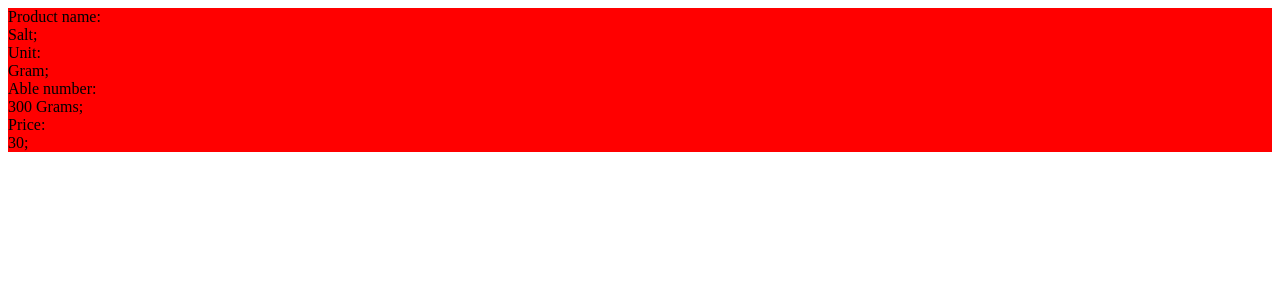
Repository: OlexandraKovach2/Vue
Page: / (app in vuexam/brila-exam/)
These files come from the project's save history. The page is drawn as it stood at one moment and after the next save; the edit follows.
The browser window is 1280 px wide. The pictures show the whole page.
The project was rebuilt for these pictures with package versions that can differ from the ones it lists, and the page was loaded fresh each time. Also part of the build but not shown: vuexam/brila-exam/vue.config.js.

Above is the page before, as saved 2022-11-08 21:42:17.

### vuexam/brila-exam/src/main.js
import { createApp } from 'vue'
import App from './App.vue'
import store from '@/store'

createApp(App).use(store).mount('#app')

### vuexam/brila-exam/src/App.vue
<template>
  <div>
    <ObjectTable :listData="list"/>
  </div>
</template>

<script>
  import { mapGetters } from 'vuex';
  import ObjectTable from "./components/ObjectTable";
  export default {
    name: "App",
    components: {
      ObjectTable,
    },
    computed: {
      ...mapGetters(['list']),
    },
  }
</script>

<style lang="scss" scoped>

</style>

### vuexam/brila-exam/src/store/index.js
import {createStore} from 'vuex'

const store = createStore({
    state: {
        list: [
            {
                id: 1,
                name: "Salt",
                unit: "Gram",
                count: "300",
                cost: 30
            }
        ]
    },
    getters: {
        list: state => {
            return state.list;
        }
    },
});

export default store;

### vuexam/brila-exam/src/components/ObjectTable/index.vue
<template>
    <div>
        <ObjectBase v-for="item in listData"
        :key="item.id"
        :id="item.id"
        :name="item.name"
        :unit="item.unit"
        :count="item.count"
        :cost="item.cost"
        />
    </div>
</template>

<script>
    import ObjectBase from "./ObjectBase.vue"
    export default {
        name: "ObjectTable",
        components: {
            ObjectBase,
        },
        props: {
            listData: {
                type: Array,
                default: () => []
            },
        },
    }
</script>

<style lang="scss" scoped>

</style>

### vuexam/brila-exam/src/components/ObjectTable/ObjectBase.vue
<template>
    <div class="ObjectCard">
        <div class="info-row">
            <div>Product name:</div>
            <div>{{name}};</div>
        </div>
        <div class="info-row">
            <div>Unit:</div>
            <div>{{unit}};</div>
        </div>
        <div class="info-row">
            <div>Able number:</div>
            <div>{{count}} {{unit}}s;</div>
        </div>
        <div class="info-row">
            <div>Price:</div>
            <div>{{cost}};</div>
        </div>
    </div>
</template>

<script>
    import { mapGetters } from 'vuex'
    export default {
        name: "ObjectBase",
        computed: {
        ...mapGetters(['list']),
        },
        props: {
            id: {
                type: Number,
                default: 0
            },
            name: {
                type: String,
                default: "None name"
            },
            unit: {
                type: String,
                default: "kilo"
            },
            count: {
                type: Number,
                default: 1
            },
            cost: {
                type: Number,
                default: 10
            }
        },
    }
</script>

<style lang="scss" scoped>
.ObjectCard{
    background-color: red;
}
</style>

Loaded but not shown: vuexam/brila-exam/public/index.html (common file)

After the next save:
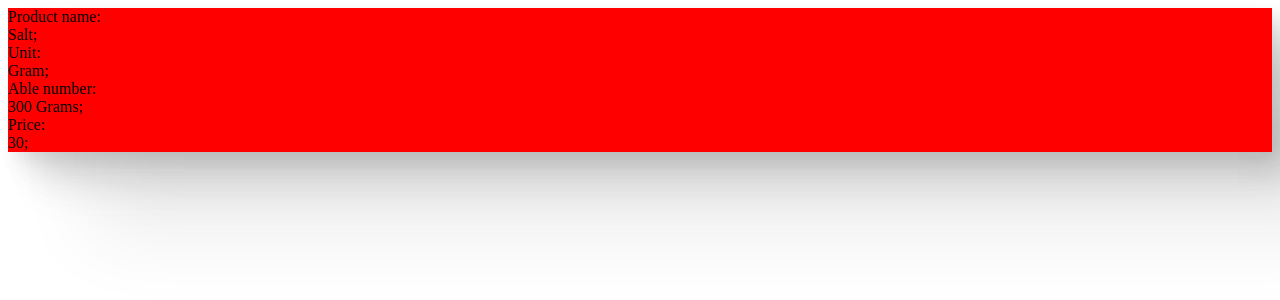
Saved 2 min 1 s later.
--- a/vuexam/brila-exam/src/components/ObjectTable/ObjectBase.vue
+++ b/vuexam/brila-exam/src/components/ObjectTable/ObjectBase.vue
@@ -54,5 +54,14 @@
 <style lang="scss" scoped>
 .ObjectCard{
     background-color: red;
+    box-shadow:
+  6.6px 6.7px 13.7px rgba(0, 0, 0, 0.04),
+  12.9px 13.2px 25.3px rgba(0, 0, 0, 0.053),
+  19.2px 19.6px 34.3px rgba(0, 0, 0, 0.057),
+  25.9px 26.5px 40.9px rgba(0, 0, 0, 0.057),
+  35.7px 36.6px 47.2px rgba(0, 0, 0, 0.057),
+  82px 84px 80px rgba(0, 0, 0, 0.07)
+;
+
 }
 </style>
